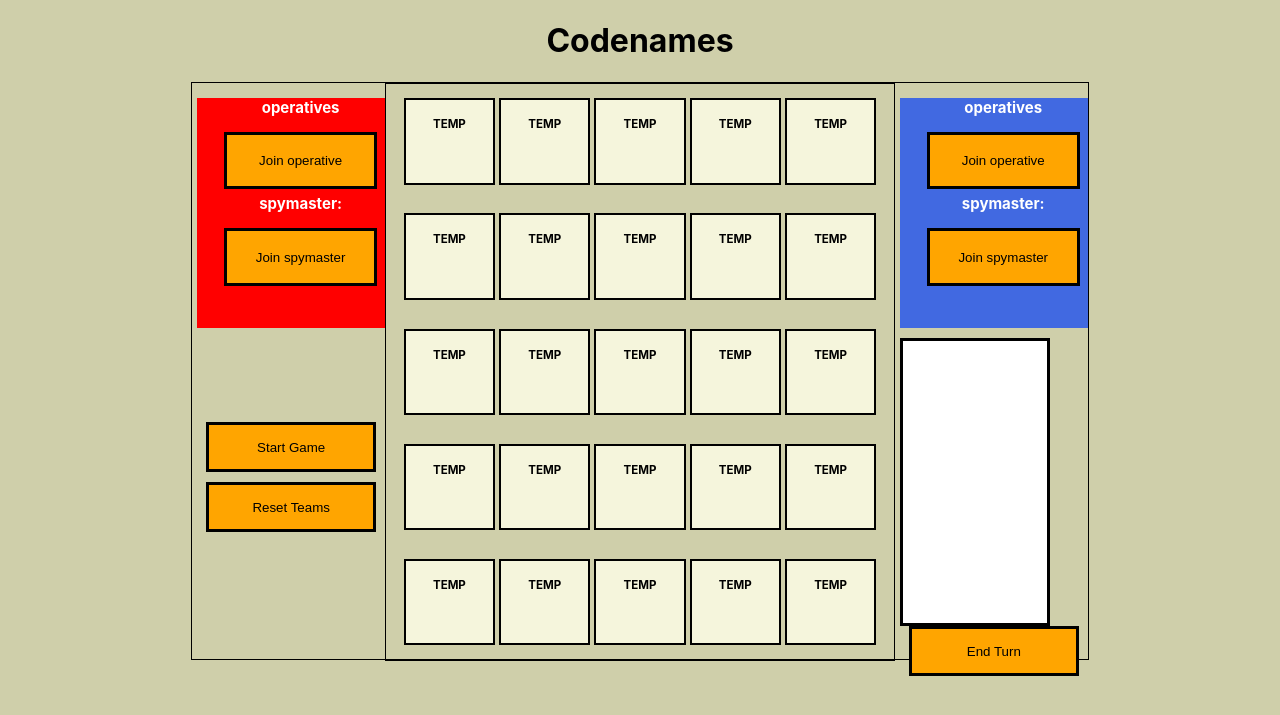
Repository: alcarrizo/Codenames-Fullstack
Page: / (app in client/)
The author's editor kept a copy of each file at every save. The page is drawn from the files as they stood at one save, then again after the next save.
The browser window is 1280 px wide. The pictures show the whole page.
The project was rebuilt for these pictures with package versions that can differ from the ones it lists, and the page was loaded fresh each time. Imported but missing from the stored project, and not drawn on this page: client/src/reportWebVitals.

Above is the page before, as saved 2023-01-09 20:30:41.

### client/src/index.js
import React from 'react';
import ReactDOM from 'react-dom/client';
import './index.css';
import App from './App';
import reportWebVitals from './reportWebVitals';
import './css/styles.css'


const root = ReactDOM.createRoot(document.getElementById('root'));
root.render(
  <React.StrictMode>
    <App />
  </React.StrictMode>
);

// If you want to start measuring performance in your app, pass a function
// to log results (for example: reportWebVitals(console.log))
// or send to an analytics endpoint. Learn more: https://bit.ly/CRA-vitals
reportWebVitals();

### client/src/App.js
import logo from './logo.svg';
import './App.css';
import { useState, useEffect } from 'react';

const Wrapper = ({ cards }) => {
  return (
    <div className='wrapper'>
      <PlayerSide className="red" />
      <Board cards={cards} />
      <PlayerSide className="blue" />
      <div className='win-screen hide' id='win-screen'></div>
    </div>
  )
}

const Card = ({ word, className }) => {

  return (
    <div className={className}>
      {word === null ? 'temp' : word}
    </div>
  )
}
const PlayerSide = ({ className }) => {
  if (className === 'red') {
    return (
      <div className={className + "Side"}>
        <PlayerInfo className={className} />
        <div className='menu'>
          <Btn className='menuBtn' id="startBtn" name="Start Game" />
          <Btn className='menuBtn' id="resetBtn" name="Reset Teams" />
        </div>
      </div>
    )
  }
  else {
    return (
      <div className={className + "Side"}>
        <PlayerInfo className={className} />
        <div className='clue-log'></div>
        <Btn className='menuBtn' id="endTurn" name="End Turn" />
      </div>
    )
  }
}
const PlayerInfo = ({ className }) => {
  return (
    <div className={className + "Team"}>
      <p>operatives </p>
      <p id={className + '-operative-players'}></p>
      <Btn className="join-button" id={className + '-join-operative'} name="Join operative" />
      <p>spymaster: </p>
      <p id={className + '-spymaster-players'}></p>
      <Btn className="join-button" id={className + '-join-spymaster'} name="Join spymaster" />
      <p id={className + '-remaining-cards'}></p>
    </div>
  )

}

const Btn = (props) => {
  return (
    <button id={props.id} className={props.className}>{props.name}</button>
  )
}

const Board = ({ cards }) => {

  return (
    <div className='gameBoard'>
      {
        cards.map((card, id) =>
          <Card
            key={id}
            className="card"
            word={card} />
        )
      }

    </div>
  )
}

const App = () => {

  const [cards, setCards] = useState(Array(25).fill(null))


  return (
    <div className="App">
      <h1>Codenames</h1>

      <Wrapper cards={cards} />
      <div className='clue-area hide' id='clue-area'>
        <input className='clue-text' id='clue-text' type="text" />
        <div className="rangeDiv" id="rangeDiv">
          <input className="clue-range" id='clueRange' type="range" autoComplete='off' min="0" max="10" defaultValue="0" />
          <h3 className="range-number" id="rangeNumber">0</h3>
        </div>
        <Btn className="clue-submit" id="clue-submit" name="Give Clue" />
      </div>

    </div>
  );
}

export default App;

### client/src/css/styles.css
body {
    background-color: #cfcfaa;
}

body.red {
    background-color: #b44c2b;
}

body.blue {
    background-color: #4799b7;
}

.wrapper {
    position: relative;
    border: 0.05rem solid black;
    width: 70%;
    height: 80vh;
    display: flex;
    background: none;
    margin: 0 auto;

}

.gameBoard {
    display: flex;
    flex-wrap: wrap;
    justify-content: center;
    text-align: center;
    width: 35rem;
    height: 100%;
    /*   width: 500px;
    height: 500px; */
    /*width: 15rem;
    height: 15rem;
    */
    border: 0.05rem solid black;
    margin: auto;
}



.card {
    /* background-color: royalblue; */
    background-color: beige;
    box-sizing: border-box;
    /*width: 75px;
    height: 65px;
  */
    /*   width: 5.5rem;
    height: 5rem; */
    width: 18%;
    height: 15%;
    margin: auto 2px;
    border: 2px black solid;
    font-size: .9vw;
    padding-top: 17px;
    text-transform: uppercase;
    font-weight: bold;
    transition: none;
}

.card.blue {
    background-color: royalblue;

}

.card.red {
    background-color: #ff6000;
}

.card.black {
    background-color: black;
    color: white;

}

.card.beige {
    background-color: #b9b979;
}

.card.blue,
.card.red,
.card.black,
.card.beige {
    transition: background-color 1s;
}

.card.blue.picked,
.card.red.picked,
.card.black.picked,
.card.beige.picked {
    transition: opacity 1s;
    opacity: 50%;
}


.redSide,
.blueSide {
    color: white;
    height: 100%;
    width: 13rem;
    font-size: 15px;
    font-weight: bold;
    padding-left: 5px;
    padding-bottom: 10px;
    margin: 0 auto;
}

.blueTeam,
.redTeam {
    height: 40%;
    margin-top: 10px;
    padding-left: 10%;

    box-sizing: border-box;
}

.redTeam {
    background-color: red;

}

.blueTeam {
    background-color: royalblue;

}

.blueSide {
    height: 100%;
}

.join-button {
    display: block;
    width: 90%;
    height: 25%;
    margin: 0 auto;
    background-color: orange;
    border: black solid 3px;
    margin-bottom: -10px;
}

.join-button.hide {
    display: none;
}

.menuBtn {
    display: block;
    width: 90%;
    height: 50px;
    margin: 0 auto;
    background-color: orange;
    border: black solid 3px;
    margin-bottom: 10px;


}

.menuBtn.hide {
    display: none;
}

.menu {
    display: block;
    width: 100%;
    margin-top: 50%;
}

.clue-log {
    color: black;
    width: 80%;
    height: 50%;
    margin-top: 10px;
    padding-left: 10px;
    background-color: white;
    box-sizing: border-box;
    border: black solid 3px;
    overflow-y: auto;
    line-height: 1.5;
}

.rangeDiv {
    display: inline-block;
    text-align: center;

}

.rangeDiv h3 {
    margin: 0;
    display: inline-block;
}

.clue-area {
    margin: 10px auto 0;
    width: 400px;
    height: 50px;
    margin-bottom: 15px;
}

.clue-area.hide {
    display: none;
}

.clue-submit {
    display: block;
    margin: 10px auto 0;
}

.win-screen {
    box-sizing: border-box;
    position: absolute;
    width: 30%;
    height: 30%;
    background-color: orange;
    top: 35%;
    left: 35%;
    text-align: center;
    font-size: 35px;
    line-height: 170px;
    font-weight: 800;
    border: black solid 3px;

}

.win-screen.hide {
    display: none;
}

Loaded but not shown: client/public/index.html (common file); client/src/index.css (common file); client/src/App.css (common file)

After the next save:
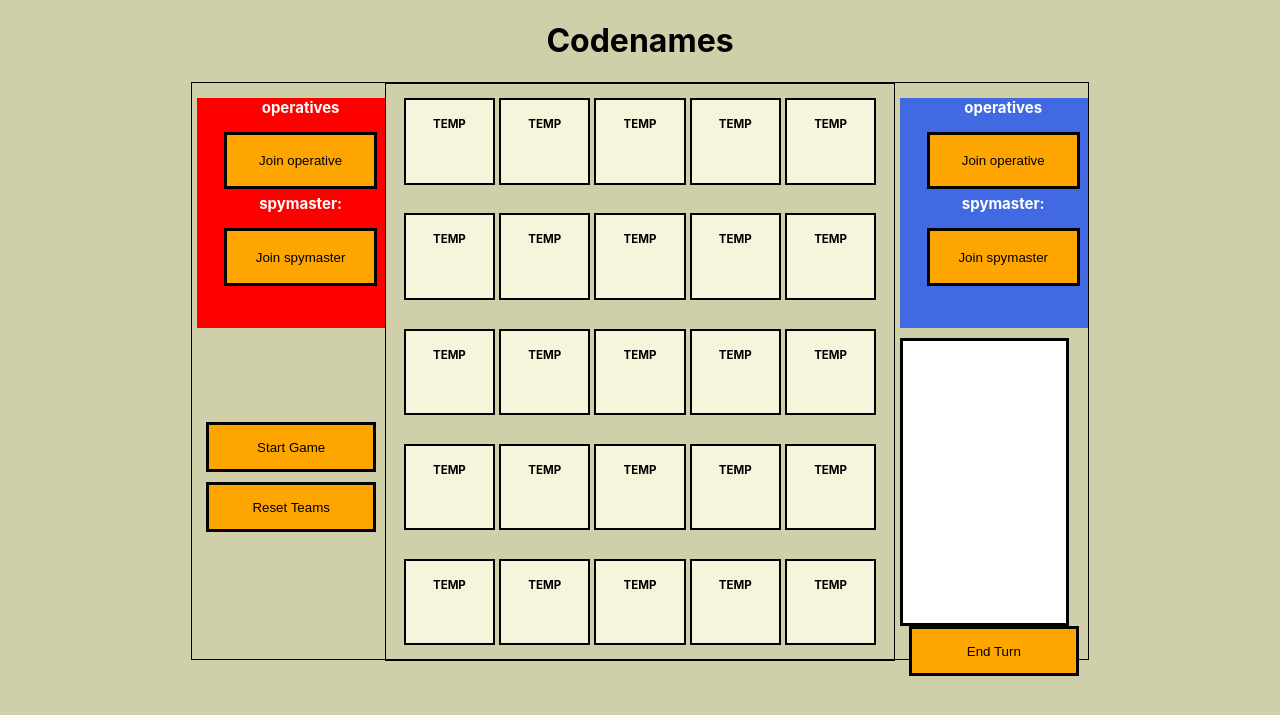
Saved 4 s later.
--- a/client/src/css/styles.css
+++ b/client/src/css/styles.css
@@ -167,7 +167,7 @@ body.blue {
 
 .clue-log {
     color: black;
-    width: 80%;
+    width: 90%;
     height: 50%;
     margin-top: 10px;
     padding-left: 10px;
